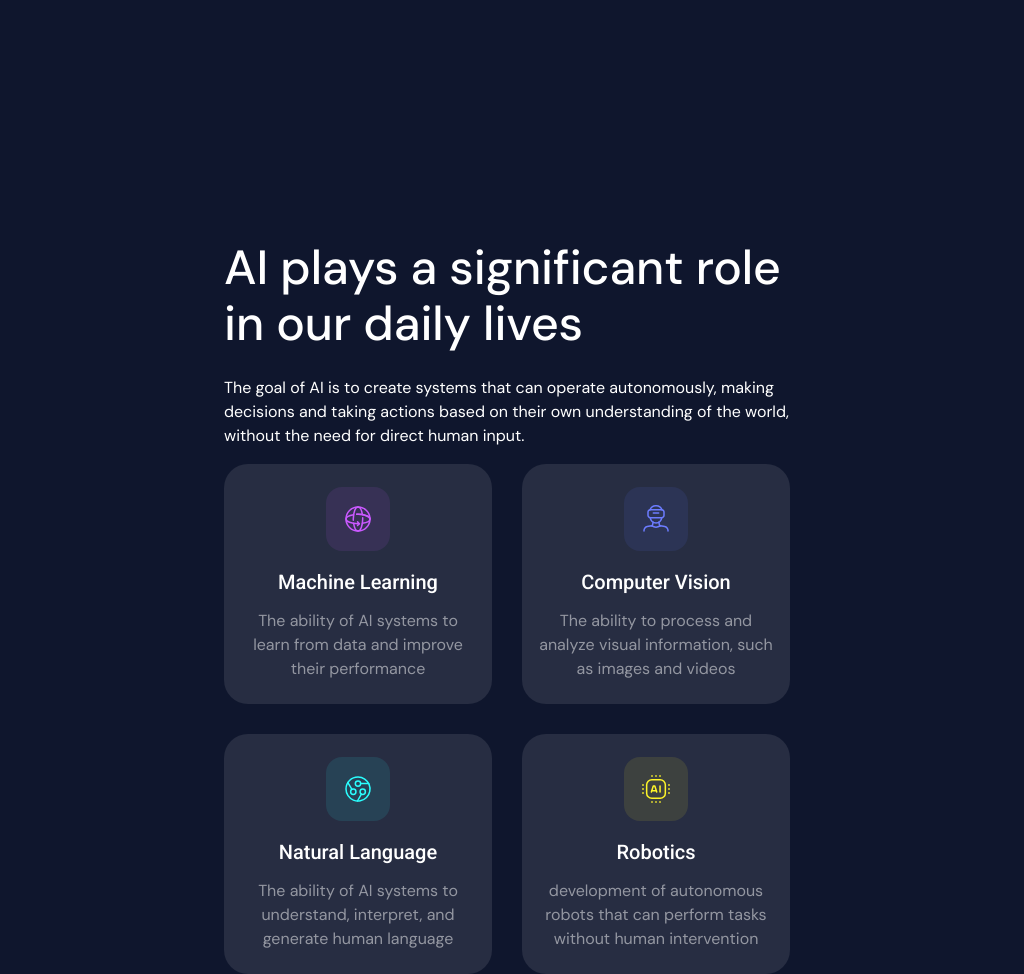
Repository: alphatra/INVO-Academy
Page: / (app in [lvl 1] Sekcja 4 obszarów AI/Starter-code/)
An editor plug-in stored every save of this project. The page is shown before and after a run of saves, followed by the edit.
The browser window is 1024 px wide. The pictures show the whole page.
The project was rebuilt for these pictures with package versions that can differ from the ones it lists, and the page was loaded fresh each time.

Above is the page before, as saved 2023-02-24 00:00:43.
Console error: TypeError: Cannot read properties of null (reading 'addEventListener')

After the next 2 saves:
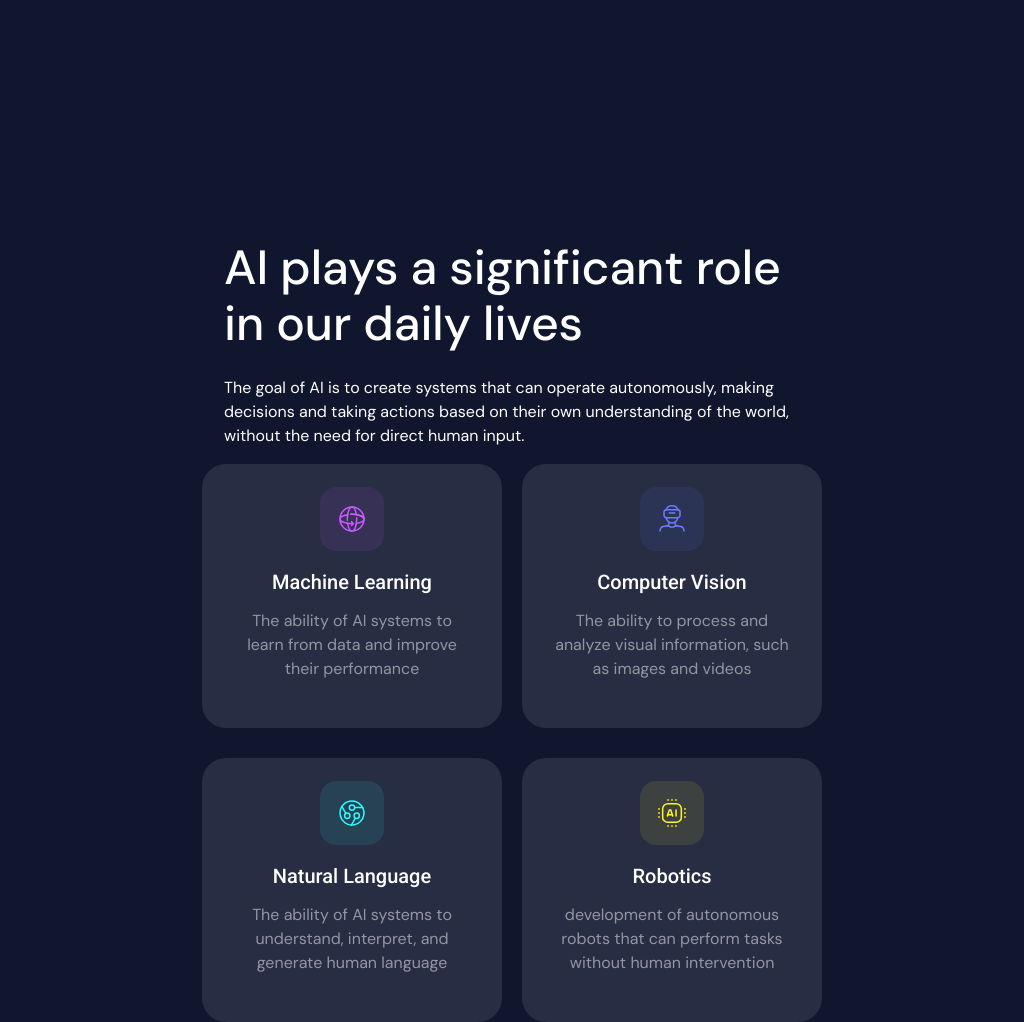
The 2 saves are shown as one change because they came seconds apart.
The last was saved 41 s later.
--- a/[lvl 1] Sekcja 4 obszarów AI/Starter-code/src/pages/home-page/styles/home-page.scss
+++ b/[lvl 1] Sekcja 4 obszarów AI/Starter-code/src/pages/home-page/styles/home-page.scss
@@ -101,7 +101,10 @@
         }
 
         .categories__category {
-
+            margin: auto;
+            padding-left: 16px;
+            padding-right: 16px;
+            padding-bottom: 24px;
         }
     }
 
